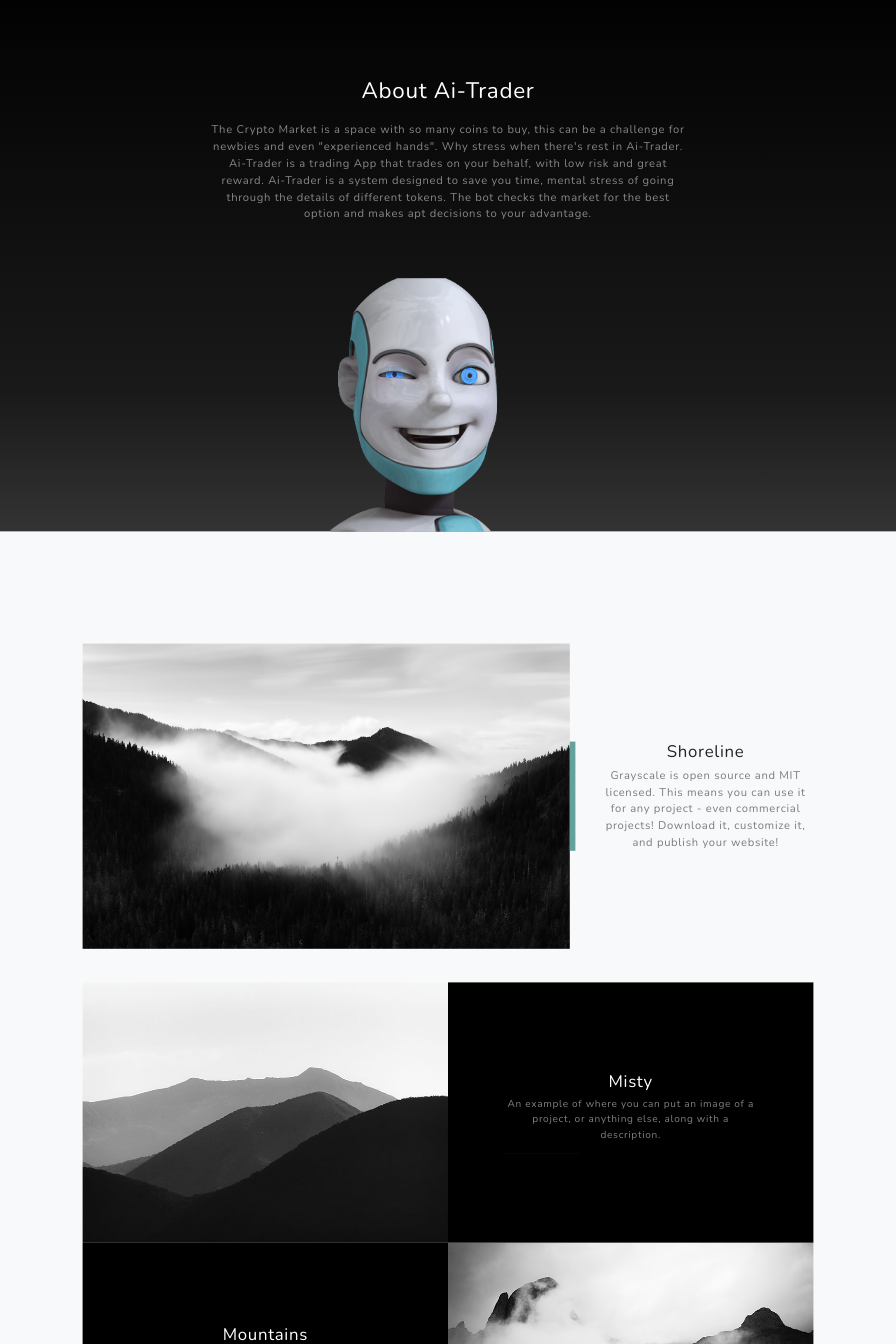
Repository: seyicoded/ico_one
Page: docs/index.html
An editor plug-in stored every save of this project. The page is shown before and after the next save, followed by the edit.
The browser window is 1280 px wide. The pictures show the part of the page from y = 769 to 2689 px (the page is 4173 px tall before and 4197 px after), at 70% of full size.

Above is the page before, as saved 2022-02-13 16:27:37.

### docs/index.html
<!DOCTYPE html>
<html lang="en">
    <head>
        <meta charset="utf-8" />
        <meta name="viewport" content="width=device-width, initial-scale=1, shrink-to-fit=no" />
        <meta name="description" content="" />
        <meta name="author" content="" />
        <title>Ai-Trader</title>
        <link rel="icon" type="image/x-icon" href="assets/favicon.ico" />
        <!-- Font Awesome icons (free version)-->
        <script src="https://use.fontawesome.com/releases/v5.15.4/js/all.js" crossorigin="anonymous"></script>
        <!-- Google fonts-->
        <link href="https://fonts.googleapis.com/css?family=Varela+Round" rel="stylesheet" />
        <link href="https://fonts.googleapis.com/css?family=Nunito:200,200i,300,300i,400,400i,600,600i,700,700i,800,800i,900,900i" rel="stylesheet" />
        <!-- Core theme CSS (includes Bootstrap)-->
        <link href="css/styles.css" rel="stylesheet" />
        <link href="css/animate.css" rel="stylesheet" />
        <link href="css/custom.css" rel="stylesheet" />
        <script src="js/jquery.js"></script>
        <script src="js/wow.js"></script>
        <script src="js/bs.js"></script>
        <script type="text/javascript">
            //Initiat WOW JS
            window.onload = function(){
                $("#loaderr").hide();
                new WOW().init();
            }
            // new WOW().init();
        </script>
        <style>
            #loaderr{
                position: fixed;
                z-index: 99;
                top: 0;
                bottom: 0;
                left: 0;
                right: 0;
                background: linear-gradient(grey, black);
                display: flex;
                justify-content: center;
                align-items: center;
            }
            #skip-loader{
                position: fixed;
                bottom: 3%;
                right: 3%;
                background-color: transparent;
                color: white;
                border: none;
            }
        </style>
    </head>
    <body id="page-top">
        <!--  loader start -->
        <div id="loaderr">
            <img src="assets/svg/Spin-0.5s-247px.svg" />
            <button id="skip-loader" onclick="$('#loaderr').hide()">skip</button>
        </div>
        <!-- loader stop -->

        <!-- Navigation-->
        <nav class="navbar navbar-expand-lg navbar-light fixed-top" id="mainNav">
            <div class="container px-4 px-lg-5">
                <a class="navbar-brand" href="#page-top">Ai-Trader</a>
                <button class="navbar-toggler navbar-toggler-right" type="button" data-bs-toggle="collapse" data-bs-target="#navbarResponsive" aria-controls="navbarResponsive" aria-expanded="false" aria-label="Toggle navigation">
                    Menu
                    <i class="fas fa-bars"></i>
                </button>
                <div class="collapse navbar-collapse" id="navbarResponsive">
                    <ul class="navbar-nav ms-auto">
                        <li class="nav-item"><a class="nav-link" href="#about">About</a></li>
                        <li class="nav-item"><a class="nav-link" href="#projects">Projects</a></li>
                        <li class="nav-item"><a class="nav-link" href="#signup">Contact</a></li>
                    </ul>
                </div>
            </div>
        </nav>
        <!-- Masthead-->
        <header class="masthead">
            <div class="container px-4 px-lg-5 d-flex h-100 align-items-center justify-content-center">
                <div class="d-flex justify-content-center">
                    <div class="text-center">
                        <h1 class="mx-auto my-0 text-uppercase wow fadeIn animated" data-wow-duration="1090ms" data-wow-delay="1000ms">We Got You Covered</h1>
                        <h2 class="text-white-50 mx-auto mt-2 mb-5 wow fadeIn animated" data-wow-duration="1090ms" data-wow-delay="1300ms">An Artificial Intelligence You Can Trust.</h2>
                        <a class="btn btn-primary wow fadeIn animated" href="#about"  data-wow-duration="1090ms" data-wow-delay="1600ms">Get Started</a>
                    </div>
                </div>
            </div>
        </header>
        <!-- About-->
        <section class="about-section text-center" id="about">
            <div class="container px-4 px-lg-5">
                <div class="row gx-4 gx-lg-5 justify-content-center">
                    <div class="col-lg-8">
                        <h2 class="text-white mb-4">About Ai-Trader</h2>
                        <p class="text-white-50">
                            The Crypto Market is a space with so many coins to buy, this can be a challenge for newbies and even "experienced hands". Why stress when there's rest in Ai-Trader.
Ai-Trader is a trading App that trades on your behalf, with low risk and great reward.
Ai-Trader is a system designed to save you time, mental stress of going through the details of different tokens. The bot checks the market for the best option and makes apt decisions to your advantage.
                        </p>
                    </div>
                </div>
                <img class="img-fluid" src="assets/img/ipad.png" alt="..." />
            </div>
        </section>
        <!-- Projects-->
        <section class="projects-section bg-light" id="projects">
            <div class="container px-4 px-lg-5">
                <!-- Featured Project Row-->
                <div class="row gx-0 mb-4 mb-lg-5 align-items-center">
                    <div class="col-xl-8 col-lg-7"><img class="img-fluid mb-3 mb-lg-0" src="assets/img/bg-masthead.jpg" alt="..." /></div>
                    <div class="col-xl-4 col-lg-5">
                        <div class="featured-text text-center text-lg-left">
                            <h4>Shoreline</h4>
                            <p class="text-black-50 mb-0">Grayscale is open source and MIT licensed. This means you can use it for any project - even commercial projects! Download it, customize it, and publish your website!</p>
                        </div>
                    </div>
                </div>
                <!-- Project One Row-->
                <div class="row gx-0 mb-5 mb-lg-0 justify-content-center">
                    <div class="col-lg-6"><img class="img-fluid" src="assets/img/demo-image-01.jpg" alt="..." /></div>
                    <div class="col-lg-6">
                        <div class="bg-black text-center h-100 project">
                            <div class="d-flex h-100">
                                <div class="project-text w-100 my-auto text-center text-lg-left">
                                    <h4 class="text-white">Misty</h4>
                                    <p class="mb-0 text-white-50">An example of where you can put an image of a project, or anything else, along with a description.</p>
                                    <hr class="d-none d-lg-block mb-0 ms-0" />
                                </div>
                            </div>
                        </div>
                    </div>
                </div>
                <!-- Project Two Row-->
                <div class="row gx-0 justify-content-center">
                    <div class="col-lg-6"><img class="img-fluid" src="assets/img/demo-image-02.jpg" alt="..." /></div>
                    <div class="col-lg-6 order-lg-first">
                        <div class="bg-black text-center h-100 project">
                            <div class="d-flex h-100">
                                <div class="project-text w-100 my-auto text-center text-lg-right">
                                    <h4 class="text-white">Mountains</h4>
                                    <p class="mb-0 text-white-50">Another example of a project with its respective description. These sections work well responsively as well, try this theme on a small screen!</p>
                                    <hr class="d-none d-lg-block mb-0 me-0" />
                                </div>
                            </div>
                        </div>
                    </div>
                </div>
            </div>
        </section>
        <!-- Signup-->
        <section class="signup-section" id="signup">
            <div class="container px-4 px-lg-5">
                <div class="row gx-4 gx-lg-5">
                    <div class="col-md-10 col-lg-8 mx-auto text-center">
                        <i class="far fa-paper-plane fa-2x mb-2 text-white"></i>
                        <h2 class="text-white mb-5">Subscribe to receive updates!</h2>
                        <!-- * * * * * * * * * * * * * * *-->
                        <!-- * * SB Forms Contact Form * *-->
                        <!-- * * * * * * * * * * * * * * *-->
                        <!-- This form is pre-integrated with SB Forms.-->
                        <!-- To make this form functional, sign up at-->
                        <!-- https://startbootstrap.com/solution/contact-forms-->
                        <!-- to get an API token!-->
                        <form class="form-signup" id="contactForm" data-sb-form-api-token="API_TOKEN">
                            <!-- Email address input-->
                            <div class="row input-group-newsletter">
                                <div class="col"><input class="form-control" id="emailAddress" type="email" placeholder="Enter email address..." aria-label="Enter email address..." data-sb-validations="required,email" /></div>
                                <div class="col-auto"><button class="btn btn-primary disabled" id="submitButton" type="submit">Notify Me!</button></div>
                            </div>
                            <div class="invalid-feedback mt-2" data-sb-feedback="emailAddress:required">An email is required.</div>
                            <div class="invalid-feedback mt-2" data-sb-feedback="emailAddress:email">Email is not valid.</div>
                            <!-- Submit success message-->
                            <!---->
                            <!-- This is what your users will see when the form-->
                            <!-- has successfully submitted-->
                            <div class="d-none" id="submitSuccessMessage">
                                <div class="text-center mb-3 mt-2 text-white">
                                    <div class="fw-bolder">Form submission successful!</div>
                                    To activate this form, sign up at
                                    <br />
                                    <a href="https://startbootstrap.com/solution/contact-forms">https://startbootstrap.com/solution/contact-forms</a>
                                </div>
                            </div>
                            <!-- Submit error message-->
                            <!---->
                            <!-- This is what your users will see when there is-->
                            <!-- an error submitting the form-->
                            <div class="d-none" id="submitErrorMessage"><div class="text-center text-danger mb-3 mt-2">Error sending message!</div></div>
                        </form>
                    </div>
                </div>
            </div>
        </section>
        <!-- Contact-->
        <section class="contact-section bg-black">
            <div class="container px-4 px-lg-5">
                <div class="row gx-4 gx-lg-5">
                    <div class="col-md-4 mb-3 mb-md-0">
                        <div class="card py-4 h-100">
                            <div class="card-body text-center">
                                <i class="fas fa-map-marked-alt text-primary mb-2"></i>
                                <h4 class="text-uppercase m-0">Address</h4>
                                <hr class="my-4 mx-auto" />
                                <div class="small text-black-50">4923 Market Street, Orlando FL</div>
                            </div>
                        </div>
                    </div>
                    <div class="col-md-4 mb-3 mb-md-0">
                        <div class="card py-4 h-100">
                            <div class="card-body text-center">
                                <i class="fas fa-envelope text-primary mb-2"></i>
                                <h4 class="text-uppercase m-0">Email</h4>
                                <hr class="my-4 mx-auto" />
                                <div class="small text-black-50"><a href="#!">hello@yourdomain.com</a></div>
                            </div>
                        </div>
                    </div>
                    <div class="col-md-4 mb-3 mb-md-0">
                        <div class="card py-4 h-100">
                            <div class="card-body text-center">
                                <i class="fas fa-mobile-alt text-primary mb-2"></i>
                                <h4 class="text-uppercase m-0">Phone</h4>
                                <hr class="my-4 mx-auto" />
                                <div class="small text-black-50">+1 (555) 902-8832</div>
                            </div>
                        </div>
                    </div>
                </div>
                <div class="social d-flex justify-content-center">
                    <a class="mx-2" href="#!"><i class="fab fa-twitter"></i></a>
                    <a class="mx-2" href="#!"><i class="fab fa-facebook-f"></i></a>
                    <a class="mx-2" href="#!"><i class="fab fa-github"></i></a>
                </div>
            </div>
        </section>
        <!-- Footer-->
        <footer class="footer bg-black small text-center text-white-50"><div class="container px-4 px-lg-5">Copyright &copy; Your Website 2021</div></footer>
        <!-- Bootstrap core JS-->
        <script src="https://cdn.jsdelivr.net/npm/bootstrap@5.1.3/dist/js/bootstrap.bundle.min.js"></script>
        <!-- Core theme JS-->
        <script src="js/scripts.js"></script>

        <!-- * * * * * * * * * * * * * * * * * * * * * * * * * * * * * * * * * * * * * * * *-->
        <!-- * *                               SB Forms JS                               * *-->
        <!-- * * Activate your form at https://startbootstrap.com/solution/contact-forms * *-->
        <!-- * * * * * * * * * * * * * * * * * * * * * * * * * * * * * * * * * * * * * * * *-->
        <script src="https://cdn.startbootstrap.com/sb-forms-latest.js"></script>
    </body>
</html>

### docs/js/scripts.js
/*!
* Start Bootstrap - Grayscale v7.0.4 (https://startbootstrap.com/theme/grayscale)
* Copyright 2013-2021 Start Bootstrap
* Licensed under MIT (https://github.com/StartBootstrap/startbootstrap-grayscale/blob/master/LICENSE)
*/
//
// Scripts
//

window.addEventListener('DOMContentLoaded', event => {

    // Navbar shrink function
    var navbarShrink = function () {
        const navbarCollapsible = document.body.querySelector('#mainNav');
        if (!navbarCollapsible) {
            return;
        }
        if (window.scrollY === 0) {
            navbarCollapsible.classList.remove('navbar-shrink')
        } else {
            navbarCollapsible.classList.add('navbar-shrink')
        }

    };

    // Shrink the navbar
    navbarShrink();

    // Shrink the navbar when page is scrolled
    document.addEventListener('scroll', navbarShrink);

    // Activate Bootstrap scrollspy on the main nav element
    const mainNav = document.body.querySelector('#mainNav');
    if (mainNav) {
        new bootstrap.ScrollSpy(document.body, {
            target: '#mainNav',
            offset: 74,
        });
    };

    // Collapse responsive navbar when toggler is visible
    const navbarToggler = document.body.querySelector('.navbar-toggler');
    const responsiveNavItems = [].slice.call(
        document.querySelectorAll('#navbarResponsive .nav-link')
    );
    responsiveNavItems.map(function (responsiveNavItem) {
        responsiveNavItem.addEventListener('click', () => {
            if (window.getComputedStyle(navbarToggler).display !== 'none') {
                navbarToggler.click();
            }
        });
    });

});

Loaded but not shown: docs/css/styles.css (library); docs/css/animate.css (library); docs/js/jquery.js (library); docs/js/wow.js (library); docs/js/bs.js (library); docs/css/custom.css (no stored copy; drawn as an empty file)

After the next save:
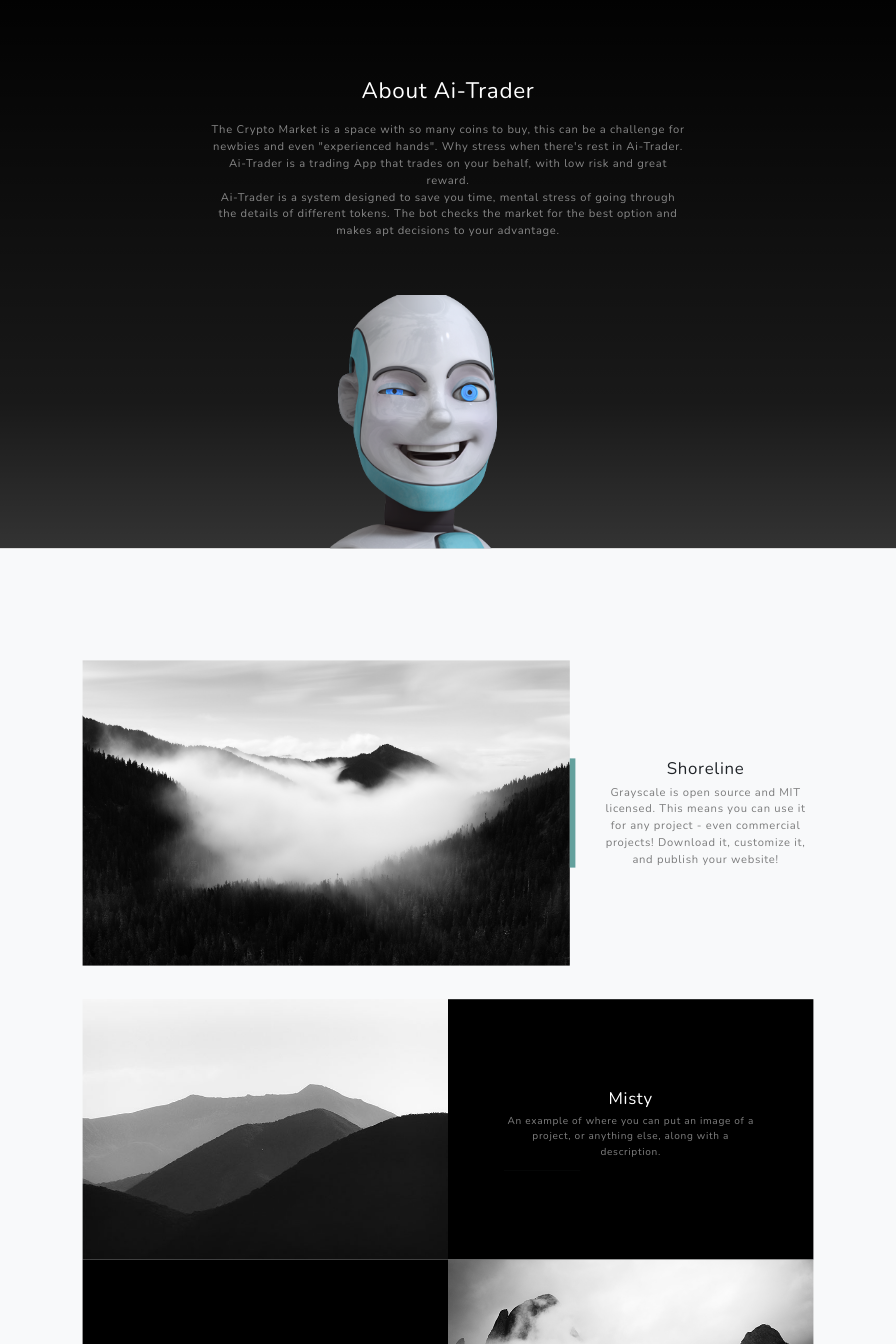
Saved 26 s later.
--- a/docs/index.html
+++ b/docs/index.html
@@ -94,9 +94,9 @@
                     <div class="col-lg-8">
                         <h2 class="text-white mb-4">About Ai-Trader</h2>
                         <p class="text-white-50">
-                            The Crypto Market is a space with so many coins to buy, this can be a challenge for newbies and even "experienced hands". Why stress when there's rest in Ai-Trader.
-Ai-Trader is a trading App that trades on your behalf, with low risk and great reward.
-Ai-Trader is a system designed to save you time, mental stress of going through the details of different tokens. The bot checks the market for the best option and makes apt decisions to your advantage.
+                            The Crypto Market is a space with so many coins to buy, this can be a challenge for newbies and even "experienced hands". Why stress when there's rest in Ai-Trader. <br />
+                            Ai-Trader is a trading App that trades on your behalf, with low risk and great reward. <br />
+                            Ai-Trader is a system designed to save you time, mental stress of going through the details of different tokens. The bot checks the market for the best option and makes apt decisions to your advantage.
                         </p>
                     </div>
                 </div>
